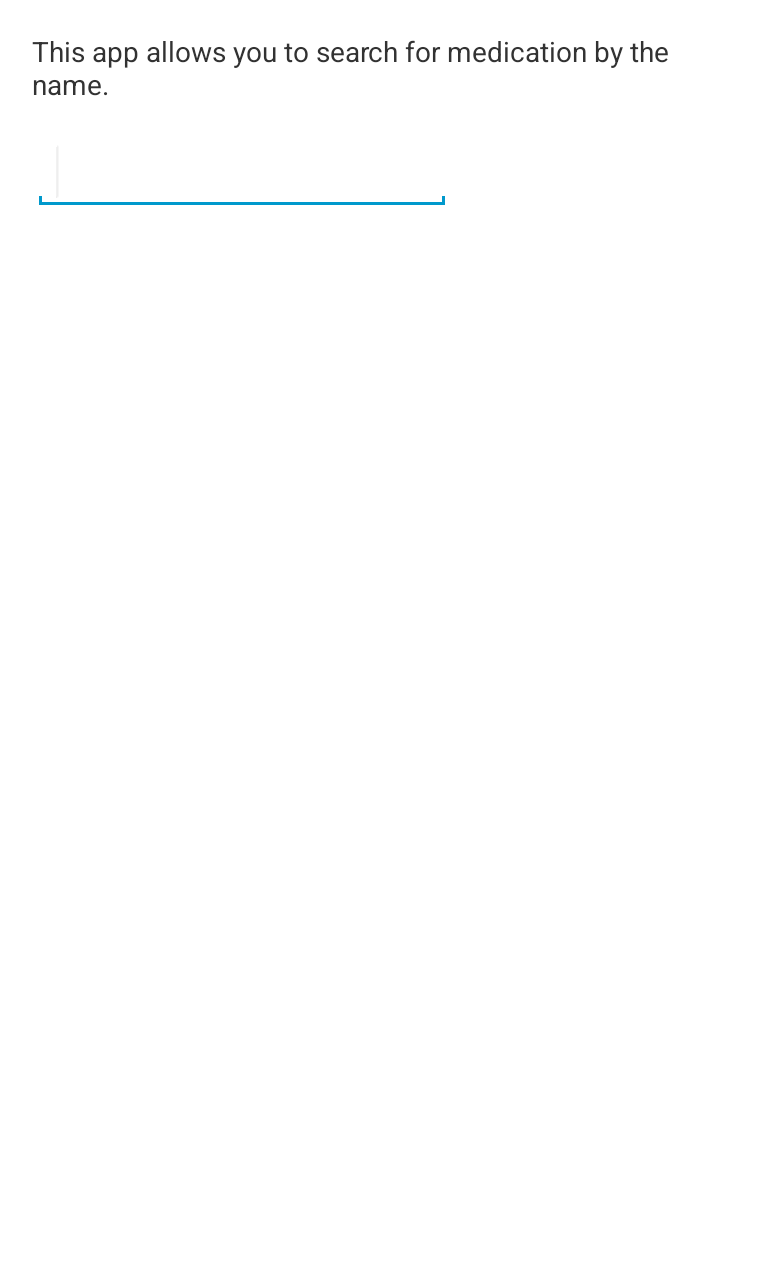
Repository: rosingrr/software-engineering
Layout: app/SympMeds/res/layout/activity_main.xml
The author's editor kept a copy of each file at every save. The layout is drawn from the files as they stood at one save, then again after the next save.
It is drawn on a 768 x 1280 px phone screen (xhdpi) without system bars, with theme AppTheme; the app's code is not run.

Above is the layout before, as saved 2013-05-30 14:44:43.

### app/SympMeds/res/layout/activity_main.xml
<RelativeLayout xmlns:android="http://schemas.android.com/apk/res/android"
    xmlns:tools="http://schemas.android.com/tools"
    android:layout_width="match_parent"
    android:layout_height="match_parent"
    android:paddingBottom="@dimen/activity_vertical_margin"
    android:paddingLeft="@dimen/activity_horizontal_margin"
    android:paddingRight="@dimen/activity_horizontal_margin"
    android:paddingTop="@dimen/activity_vertical_margin"
    tools:context=".MainActivity" >

    <TextView
        android:id="@+id/textView1"
        android:layout_width="wrap_content"
        android:layout_height="wrap_content"
        android:text="@string/description" />

    <EditText
        android:id="@+id/editText1"
        android:layout_width="wrap_content"
        android:layout_height="wrap_content"
        android:layout_alignLeft="@+id/textView1"
        android:layout_below="@+id/textView1"
        android:layout_marginTop="15dp"
        android:ems="10" >

        <requestFocus />
    </EditText>

</RelativeLayout>

### app/SympMeds/res/values/strings.xml
<?xml version="1.0" encoding="utf-8"?>
<resources>

    <string name="app_name">SympMeds</string>
    <string name="action_settings">Settings</string>
    <string name="description">This app allows you to search for medication by the name.</string>
    <string name="med name">enter name of medication</string>

</resources>

Loaded but not shown: app/SympMeds/res/values/styles.xml (common file); app/SympMeds/res/values-v11/styles.xml (common file); app/SympMeds/res/values-v14/styles.xml (common file); app/SympMeds/res/values/dimens.xml (common file)

After the next save:
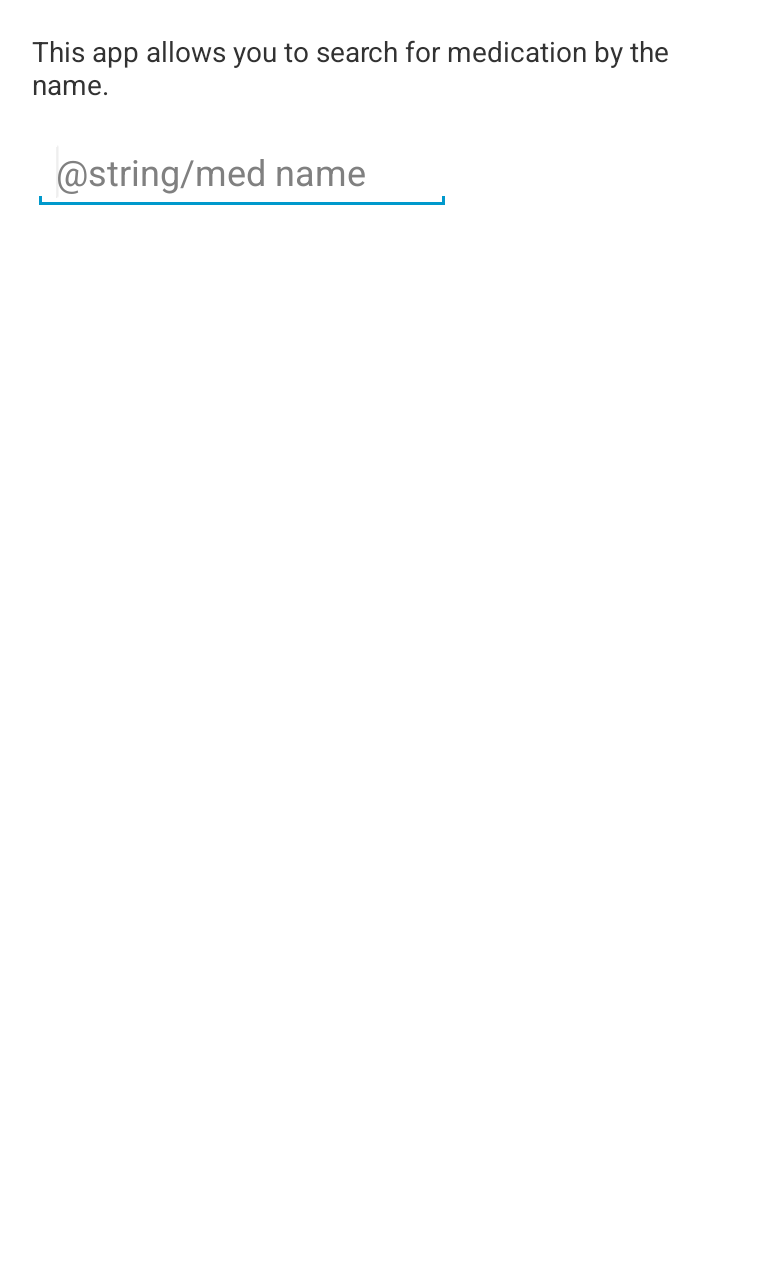
Saved 51 s later.
--- a/app/SympMeds/res/layout/activity_main.xml
+++ b/app/SympMeds/res/layout/activity_main.xml
@@ -21,7 +21,8 @@
         android:layout_alignLeft="@+id/textView1"
         android:layout_below="@+id/textView1"
         android:layout_marginTop="15dp"
-        android:ems="10" >
+        android:ems="10"
+        android:hint="@string/med name" >
 
         <requestFocus />
     </EditText>
--- a/app/SympMeds/res/values/strings.xml
+++ b/app/SympMeds/res/values/strings.xml
@@ -4,6 +4,6 @@
     <string name="app_name">SympMeds</string>
     <string name="action_settings">Settings</string>
     <string name="description">This app allows you to search for medication by the name.</string>
-    <string name="med name">enter name of medication</string>
+    <string name="med_name">enter name of medication</string>
 
 </resources>
